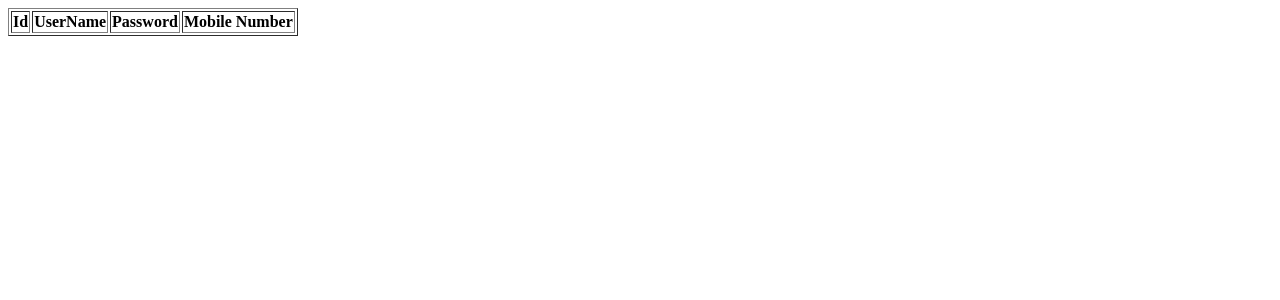
Repository: neethiarasan30/jsp-Servlets-crud-operation
Page: http://localhost/JavaFullStack/Data.jsp
The author's editor kept a copy of each file at every save. The page is drawn from the files as they stood at one save, then again after the next save.
The browser window is 1280 px wide. The pictures show the whole page.
The page is served by Tomcat 9. Other server files are loaded and not shown. Queries for data that is not in the repository find no rows.

Above is the page before, as saved 2024-07-12 15:54:49.

### JavaFullStack/src/main/webapp/Data.jsp
<%@page import="java.sql.*"%>
<%@ page language="java" contentType="text/html; charset=ISO-8859-1"
    pageEncoding="ISO-8859-1"%>
<!DOCTYPE html>
<html>
<head>
<meta charset="ISO-8859-1">
<title>Insert title here</title>
</head>
<body>
		<form>
		<table border="1px">
			<tr>
				<th>Id</th>
				<th>UserName</th>
				<th>Password</th>
				<th>Mobile Number</th>
			</tr>

			<%
			Class.forName("com.mysql.jdbc.Driver");
			Connection con=DriverManager.getConnection(
			"jdbc:mysql://localhost:3306/users","root","80155");
			java.sql.Statement stmt=con.createStatement();
			ResultSet rs = stmt.executeQuery("select * from userDetails;");

			while(rs.next())
			{
				String id = rs.getString("id");
				String name = rs.getString("username");
				String pass = rs.getString("password");
				String mobile = rs.getString("MobileNumber");
			%>

				<tr>
				<td><input type="text" value=<%=id%>></td>
				<td><input type="text" value=<%=name%>></td>
				<td><input type="text" value=<%=pass%>></td>
				<td><input type=text value=<%=mobile%>></td>

				<%session.setAttribute("name", name);
				session.setAttribute("pass", pass);
				session.setAttribute("mobile", mobile);
				%>

				<td><a href='Edit.jsp'>Edit</a></td>
				<td><a href="">Delete</a></td>

				</tr>


			<%
			}
			%>

		</table>
		</form>
</body>
</html>

After the next save:
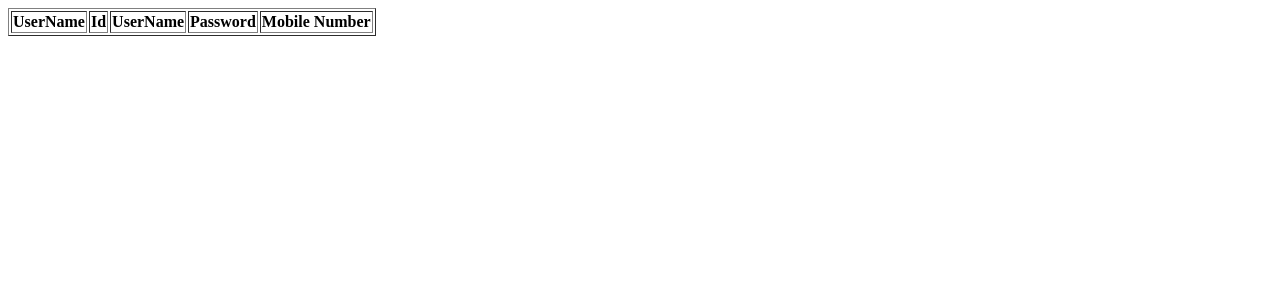
Saved 3 min 45 s later.
--- a/JavaFullStack/src/main/webapp/Data.jsp
+++ b/JavaFullStack/src/main/webapp/Data.jsp
@@ -10,7 +10,8 @@
 <body>
 		<form>
 		<table border="1px">
-			<tr>
+			<tr>				<th>UserName</th>
+
 				<th>Id</th>
 				<th>UserName</th>
 				<th>Password</th>
